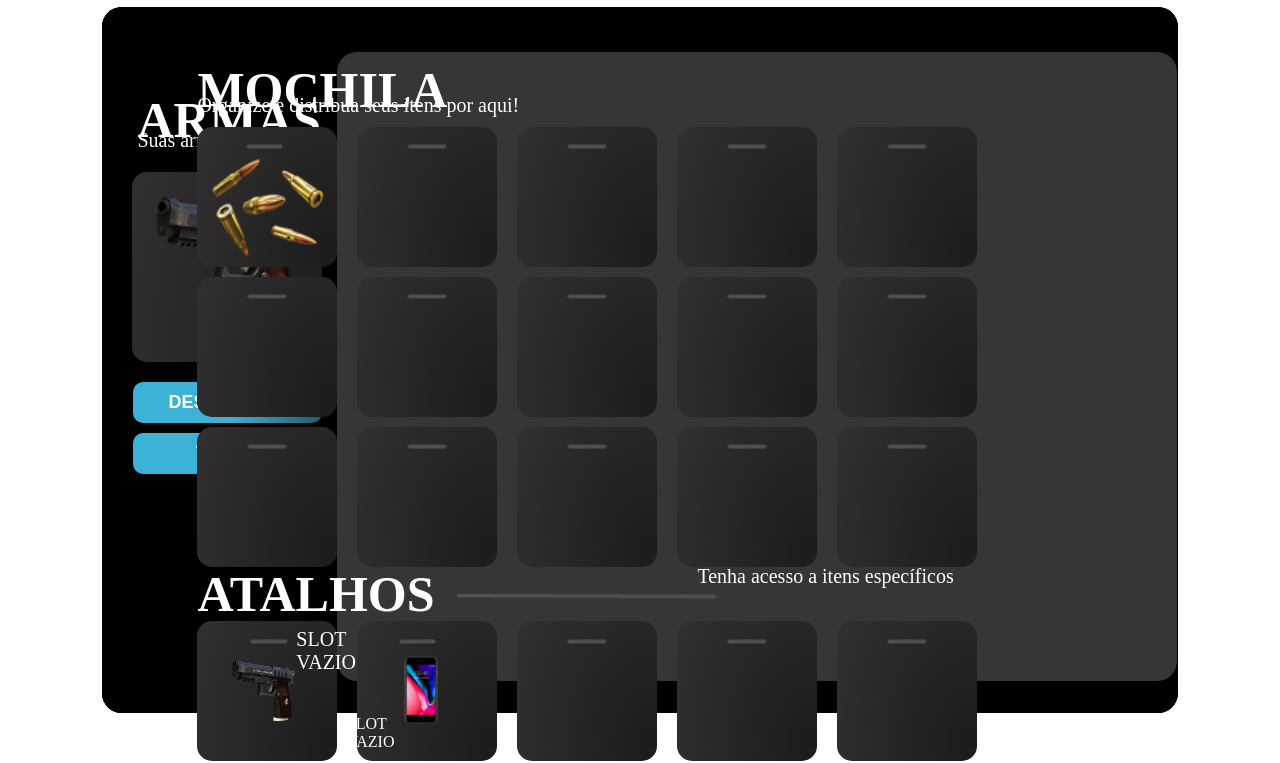
Repository: DuMCorrea/Mochila
Page: index.html
The author's editor kept a copy of each file at every save. The page is drawn from the files as they stood at one save, then again after the next save.
The browser window is 1280 px wide. The pictures show the whole page.
Some web fonts or font styles are not loaded; a fallback is used.

Above is the page before, as saved 2024-09-03 10:20:28.

After the next save:
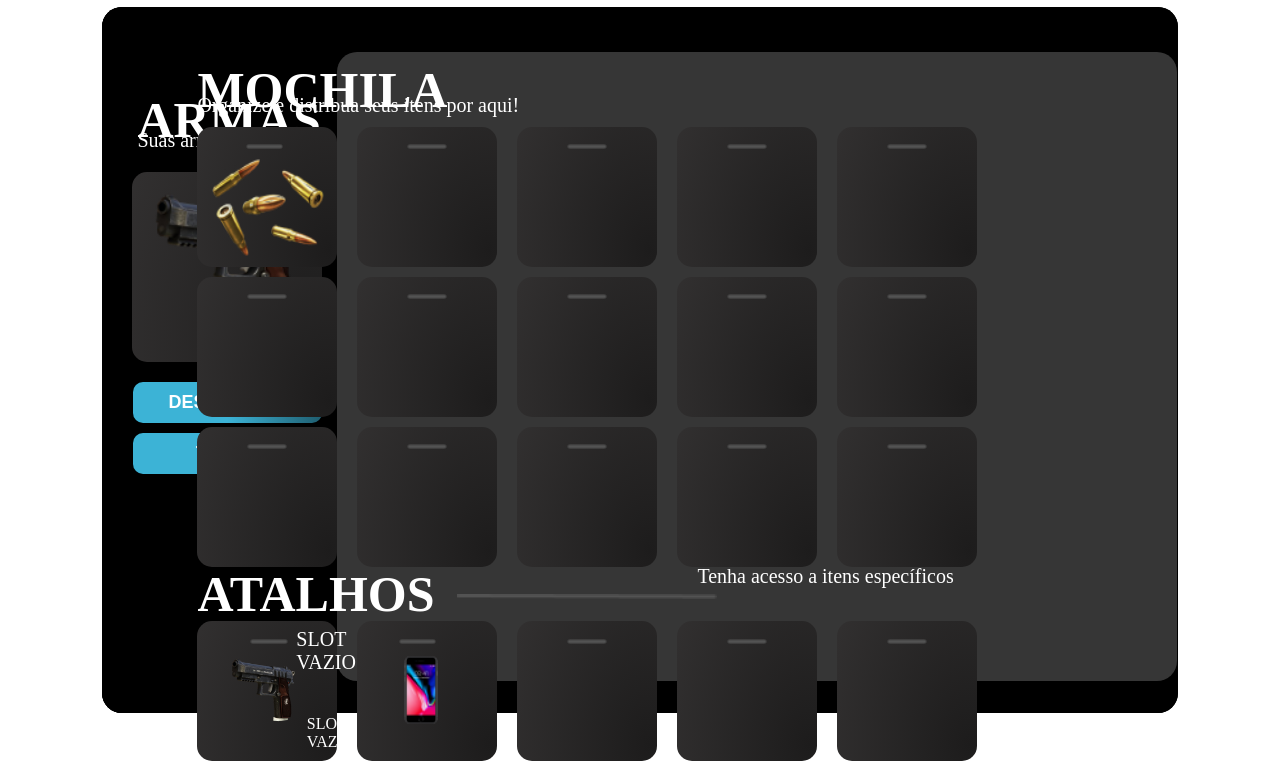
Saved 4 s later.
--- a/index.html
+++ b/index.html
@@ -91,7 +91,7 @@
                             <div class="square">
                                 <img src="assets/traco.png" alt="Imagem" class="square-image-unic">
                                 <img src="assets/ARMA.png" class="arma-image">
-                                <p style="font-size: 16px; position: relative; top: 50px; left: 50px;">SLOT VAZIO</p>
+                                <p style="font-size: 16px; position: relative; top: 50px; left: 10px;">SLOT VAZIO</p>
                             </div>
                             <div class="square">
                                 <img src="assets/traco.png" alt="Imagem" class="square-image-unic">
